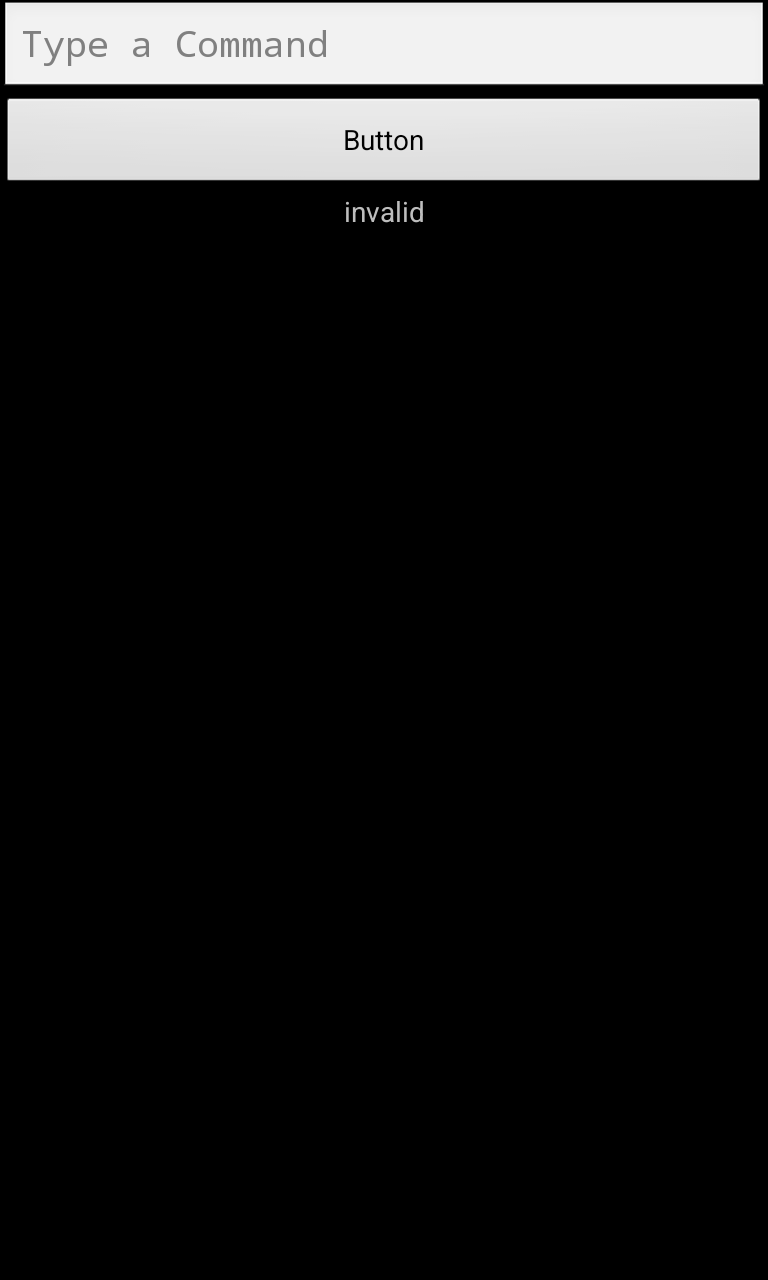
Repository: mcranwill/java_android
Layout: newboston/res/layout/text.xml
These files come from the project's save history. The layout is drawn as it stood at one moment and after the next save; the edit follows.
It is drawn on a 768 x 1280 px phone screen (xhdpi) without system bars, with theme android:Theme; the app's code is not run.

Above is the layout before, as saved 2012-06-10 18:36:32.

After the next save:
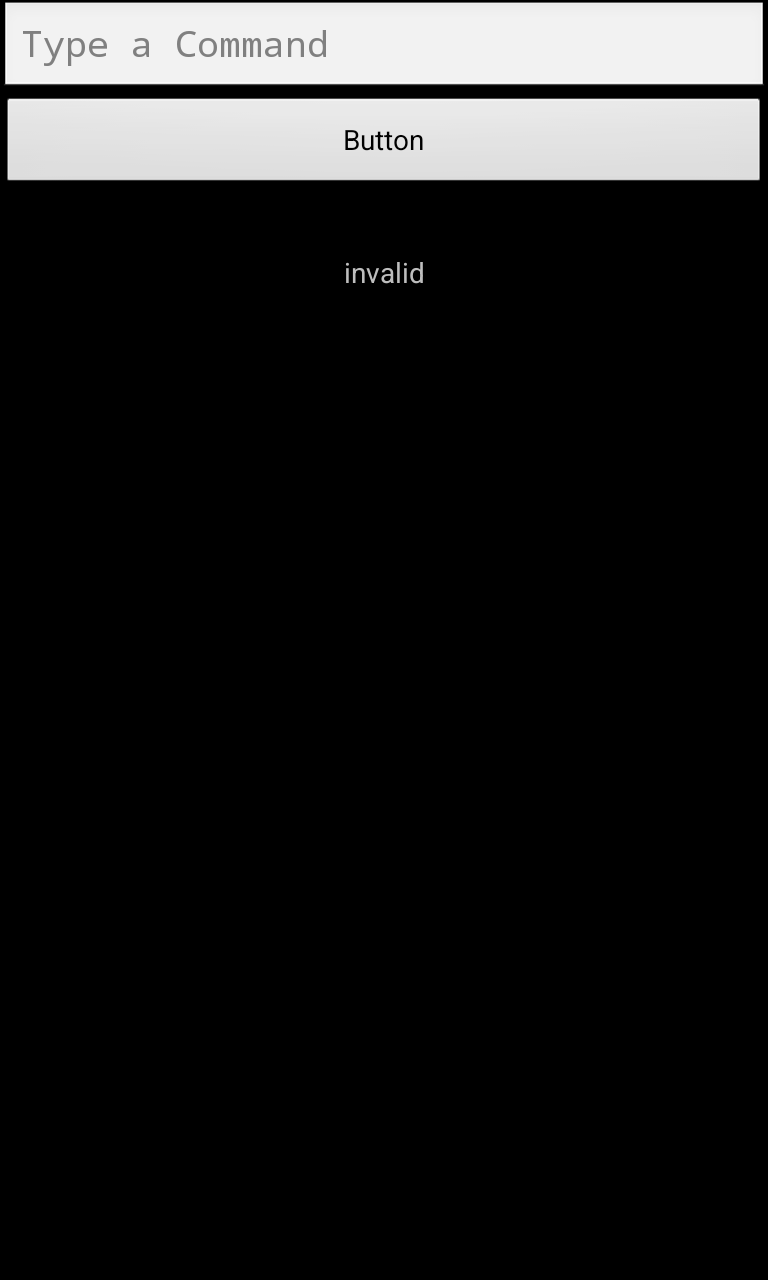
Saved 2 min 38 s later.
--- a/newboston/res/layout/text.xml
+++ b/newboston/res/layout/text.xml
@@ -5,20 +5,34 @@
     android:orientation="vertical" >
 
     <EditText
+        android:id="@+id/etCommands"
         android:layout_width="fill_parent"
         android:layout_height="wrap_content"
-        android:id="@+id/etCommands"
         android:hint="@string/basic_hint"
         android:password="true" />
-    <Button
-        android:text="Button"
-        android:id="@+id/bResults"
-        android:layout_width="fill_parent"
-        android:layout_height="wrap_content"/>
+
+    <LinearLayout android:layout_width="fill_parent"
+        android:layout_height="wrap_content"
+        android:orientation="horizontal">
+
+        <Button
+            android:id="@+id/bResults"
+            android:layout_width="fill_parent"
+            android:layout_height="wrap_content"
+            android:text="Button" />
+
+        <ToggleButton
+            android:id="@+id/toggleButton1"
+            android:layout_width="wrap_content"
+            android:layout_height="wrap_content"
+            android:text="ToggleButton" />
+    </LinearLayout>
+
     <TextView
         android:id="@+id/tvResutls"
         android:layout_width="fill_parent"
         android:layout_height="wrap_content"
         android:gravity="center"
         android:text="invalid" />
+
 </LinearLayout>
